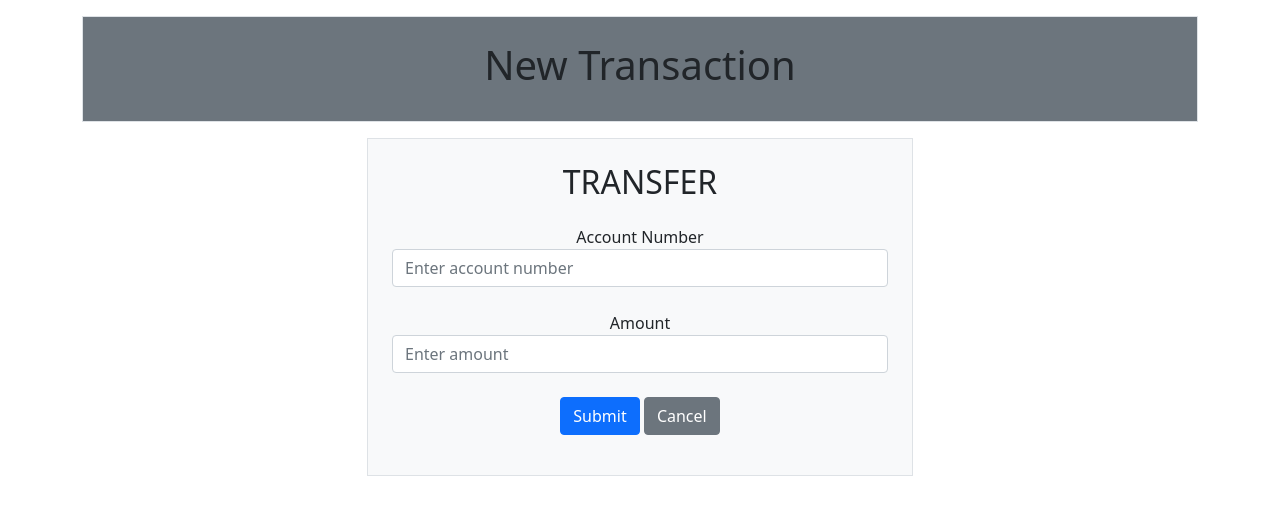
Repository: RMVLajaykumar/monojavaee
Page: http://localhost/13-bankapplication-demo/transaction.jsp
These files come from the project's save history. The page is drawn as it stood at one moment and after the next save; the edit follows.
The browser window is 1280 px wide. The pictures show the whole page.
The page is served by Tomcat 9. Nobody is signed in. The application's start-up code is not run. Other server files are loaded and not shown.

Above is the page before, as saved 2024-07-20 19:01:55.

### 13-bankapplication-demo/WebContent/transaction.jsp
<%@ page language="java" contentType="text/html; charset=ISO-8859-1"
    pageEncoding="ISO-8859-1"%>
<%@ taglib uri="http://java.sun.com/jsp/jstl/core" prefix="c"%>
<%@ taglib uri="http://java.sun.com/jsp/jstl/functions" prefix="fn"%>
<link href="https://cdn.jsdelivr.net/npm/bootstrap@5.0.2/dist/css/bootstrap.min.css" rel="stylesheet"
  integrity="sha384-EVSTQN3/azprG1Anm3QDgpJLIm9Nao0Yz1ztcQTwFspd3yD65VohhpuuCOmLASjC" crossorigin="anonymous">
<script src="https://cdn.jsdelivr.net/npm/bootstrap@5.0.2/dist/js/bootstrap.bundle.min.js"
  integrity="sha384-MrcW6ZMFYlzcLA8Nl+NtUVF0sA7MsXsP1UyJoMp4YLEuNSfAP+JcXn/tWtIaxVXM" crossorigin="anonymous"></script>
<!DOCTYPE html>
<html>
<head>
<meta charset="ISO-8859-1">
<title>Insert title here</title>
</head>
<body>
  <div class="container mt-3">
    <div class="row justify-content-center">
      <div class="col-12">
        <div class="p-4 border bg-secondary text-center">
          <h1>New Transaction</h1>
        </div>
      </div>
    </div>
    <div class="row justify-content-center mt-3">
      <div class="col-lg-6">
        <div class="p-4 border bg-light text-center">
          <h2 class="mb-4">TRANSFER</h2> <!-- Added margin-bottom for more space -->
          <form action="user" method="get">
            <input type="hidden" name="UserController" value="newTransaction">
            <div class="form-group mb-4"> <!-- Added margin-bottom for more space -->
              <label for="account_number">Account Number</label>
              <input type="text" class="form-control" id="account_number" name="receiver_account_number" placeholder="Enter account number" >
            </div>
            <div class="form-group mb-4"> <!-- Added margin-bottom for more space -->
              <label for="transaction_amount">Amount</label>
              <input type="text" class="form-control" id="transaction_amount" placeholder="Enter amount" name="transaction_amount">
            </div>
            <div class="form-group mt-4"> <!-- Added margin-top for more space -->
              <button type="submit" class="btn btn-primary mr-2">Submit</button>
              <button type="reset" class="btn btn-secondary">Cancel</button>
            </div>
          </form>
        </div>
      </div>
    </div>
  </div>
</body>
</html>

After the next save:
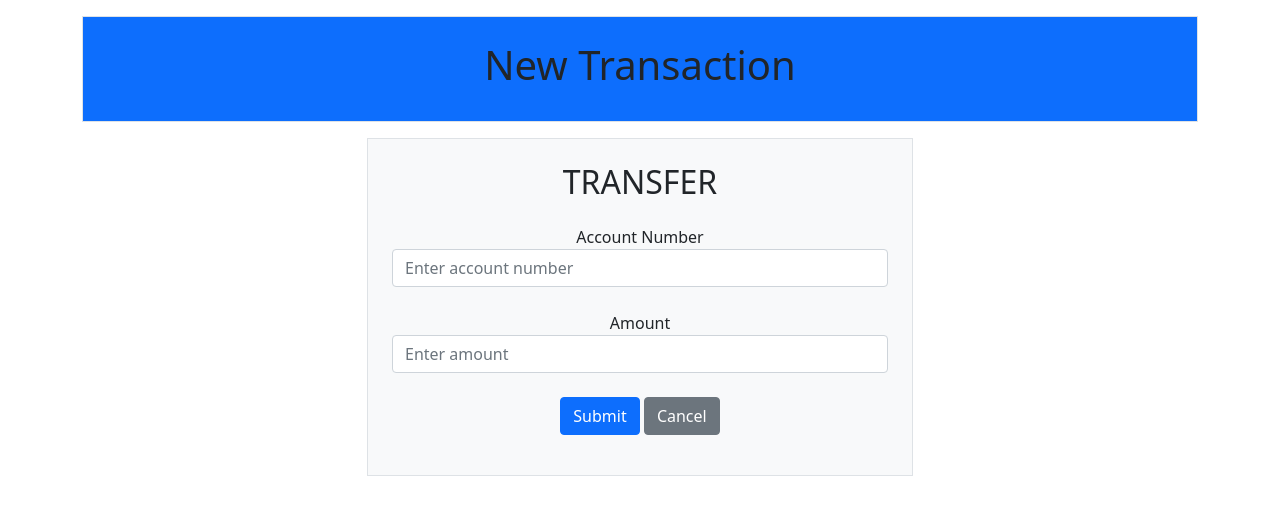
Saved 2 min 13 s later.
--- a/13-bankapplication-demo/WebContent/transaction.jsp
+++ b/13-bankapplication-demo/WebContent/transaction.jsp
@@ -16,7 +16,7 @@
   <div class="container mt-3">
     <div class="row justify-content-center">
       <div class="col-12">
-        <div class="p-4 border bg-secondary text-center">
+        <div class="p-4 border bg-primary text-center">
           <h1>New Transaction</h1>
         </div>
       </div>
